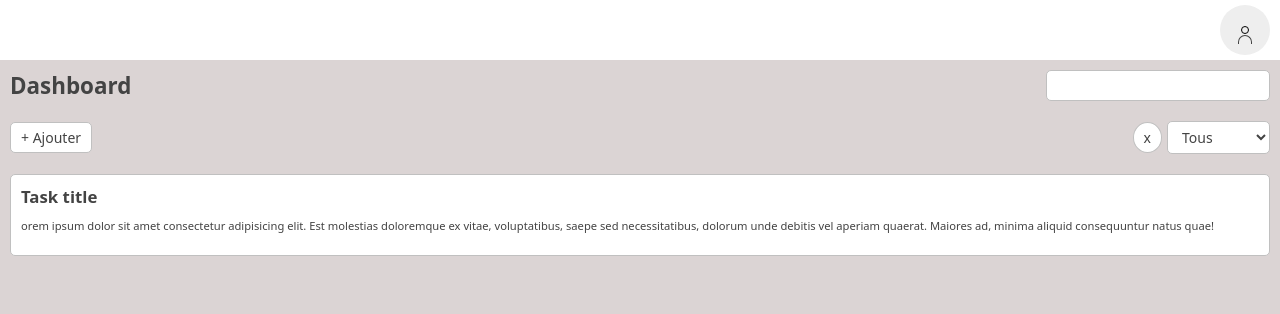
Repository: zpaulange/task_manager
Page: dashboard/index.html
An editor plug-in stored every save of this project. The page is shown before and after a run of saves, followed by the edit.
The browser window is 1280 px wide. The pictures show the whole page.

Above is the page before, as saved 2025-03-06 15:20:06.

After the next 2 saves:
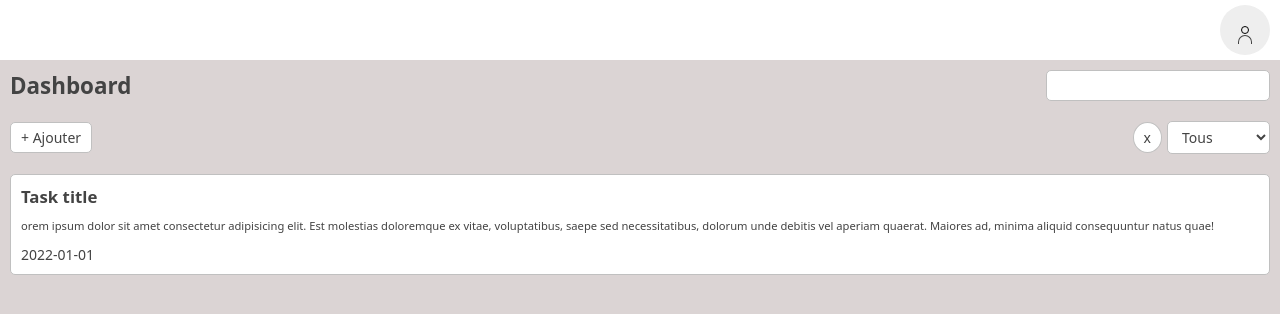
The 2 saves are shown as one change because they came seconds apart.
The last was saved 2 min 1 s later.
--- a/dashboard/index.html
+++ b/dashboard/index.html
@@ -42,6 +42,9 @@
               <p class="main-task__content-item__desc">
                 orem ipsum dolor sit amet consectetur adipisicing elit. Est molestias doloremque ex vitae, voluptatibus, saepe sed necessitatibus, dolorum unde debitis vel aperiam quaerat. Maiores ad, minima aliquid consequuntur natus quae!
               </p>
+              <div class="main-task__content-item__date">
+                2022-01-01
+              </div>
             </div>
             <!-- <section class="box box-center">
               <h1>Aucune tache disponible...</h1>
